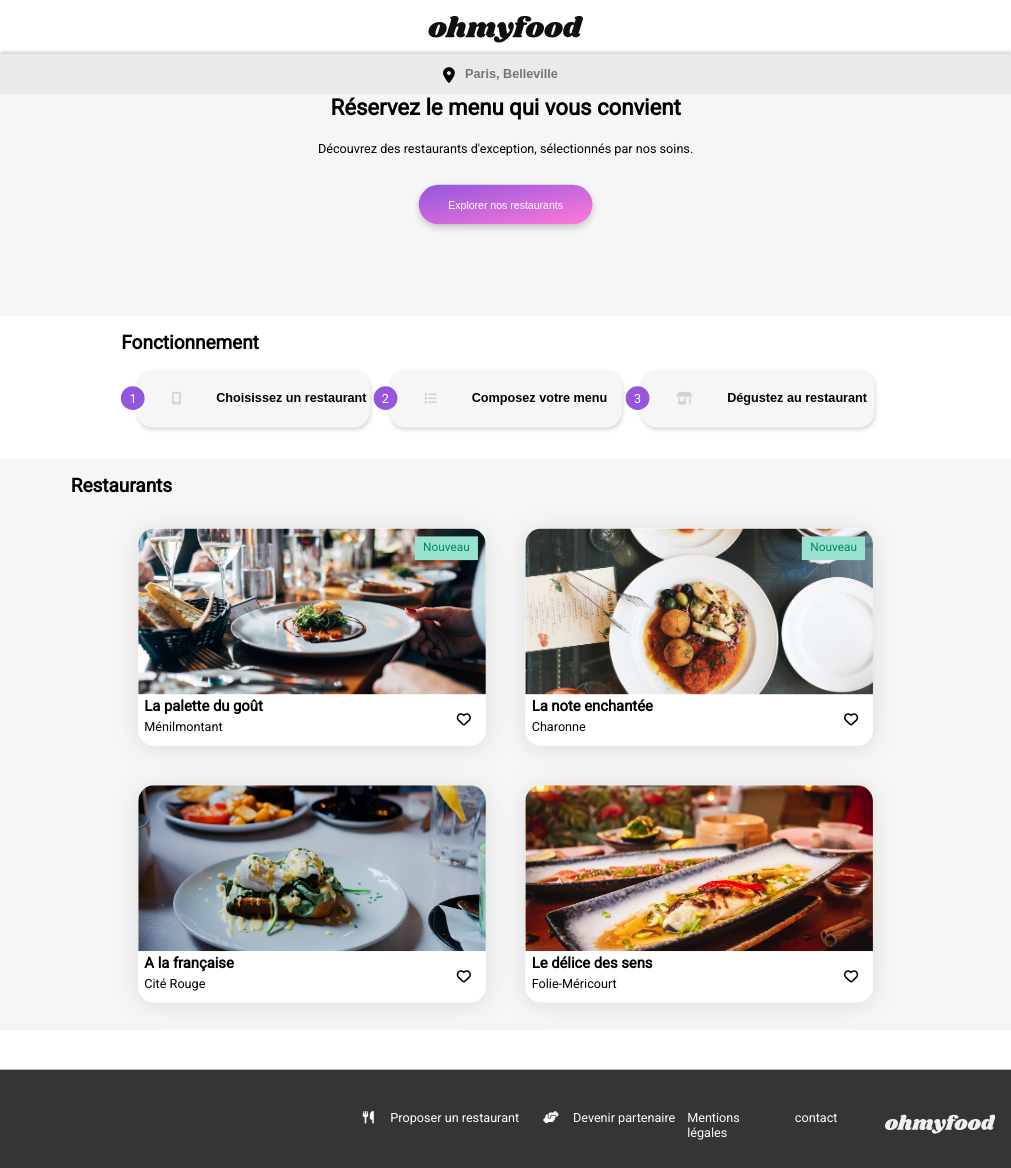
Repository: ByteVoyageur/OC-P4
Page: index.html
The author's editor kept a copy of each file at every save. The page is drawn from the files as they stood at one save, then again after the next save.
The browser window is 1280 px wide. The pictures show the whole page, at 79% of full size.
Some web fonts or font styles are not loaded; a fallback is used. The style sheet was rebuilt from its Sass, Less or Tailwind sources for each picture, by a compiler version that may differ from the author's.

Above is the page before, as saved 2023-09-28 15:03:13.

### index.html
<!DOCTYPE html>
<html lang="fr">

<head>
    <meta charset="UTF-8">
    <meta name="viewport" content="width=device-width, initial-scale=1.0">
    <title>Ohmyfood</title>
    <link rel="stylesheet" href="https://cdnjs.cloudflare.com/ajax/libs/font-awesome/6.2.1/css/all.min.css">
    <link rel="preconnect" href="https://fonts.googleapis.com">
    <link rel="preconnect" href="https://fonts.gstatic.com" crossorigin>
    <link href='https://fonts.googleapis.com/css?family=Roboto' rel='stylesheet'>
    <link href="https://fonts.googleapis.com/css2?family=Shrikhand&display=swap" rel="stylesheet">
    <link href="https://fonts.googleapis.com/css2?family=Bebas+Neue&display=swap" rel="stylesheet">
    <link rel="stylesheet" href="assets/css/style.css">
</head>

<body>
    <div class="promo-bouncer-animation">
        <div class="bouncer">
            <div></div>
            <div></div>
            <div></div>
        </div>
        <div class="promo-text">
            Profitez de <span class="highlight">50%</span> de réduction sur votre première commande !
        </div>
    </div>
    <div class="main-container">
        <header>
            <div class="logo">
                <img src="assets/images/logo/ohmyfood@2x.svg" alt="logo">
            </div>
            <form action="#" class="search-form">
                <i class="fa-solid fa-location-dot location-icon fa-lg"></i>
                <input type="text" name="search" placeholder="Paris, Belleville" class="search-input">
            </form>
        </header>
        <main>
            <section class="restaurants-intro">
                <h1>Réservez le menu qui vous convient</h1>
                <p>Découvrez des restaurants d'exception, sélectionnés par nos soins.</p>
                <button class="btn-exploration">Explorer nos restaurants</button>
            </section>

            <div class="fonctionnement">
                <h2>Fonctionnement</h2>
                <div class="steps-container">
                    <div class="step">
                        <span>1</span>
                        <button>
                            <i class="fa-solid fa-mobile-screen"></i>
                            <span>Choisissez un restaurant</span>
                        </button>
                    </div>
                    <div class="step">
                        <span>2</span>
                        <button>
                            <i class="fa-solid fa-list"></i>
                            <span>Composez votre menu</span>
                        </button>
                    </div>
                    <div class="step">
                        <span>3</span>
                        <button>
                            <i class="fa-solid fa-shop"></i>
                            <span>Dégustez au restaurant</span>
                        </button>
                    </div>
                </div>
            </div>

            <section class="restaurants-list">
                <h2>Restaurants</h2>
                <div class="restaurants-cards">
                    <a href="restaurants/laPaletteDuGout.html">
                        <article class="card">
                            <div class="card-image">
                                <img src="assets/images/restaurants/jay-wennington-N_Y88TWmGwA-unsplash.jpg"
                                    alt="restaurant">
                                <span class="card-tag">Nouveau</span>
                            </div>
                            <div class="card-content">
                                <div class="card-txt">
                                    <h3>La palette du goût</h3>
                                    <p>Ménilmontant</p>
                                </div>
                                <div class="card-rating">
                                    <i class="fa-solid fa-heart"></i>
                                </div>
                            </div>
                        </article>
                    </a>
                    <a href="restaurants/laNoteEnchantee.html">
                        <article class="card">
                            <div class="card-image">
                                <img src="assets/images/restaurants/stil-u2Lp8tXIcjw-unsplash.jpg" alt="restaurant">
                                <span class="card-tag">Nouveau</span>
                            </div>
                            <div class="card-content">
                                <div class="card-txt">
                                    <h3>La note enchantée</h3>
                                    <p>Charonne</p>
                                </div>
                                <div class="card-rating">
                                    <i class="fa-solid fa-heart"></i>
                                </div>
                            </div>
                        </article>
                    </a>
                    <a href="restaurants/aLaFrancaise.html">
                        <article class="card">
                            <div class="card-image">
                                <img src="assets/images/restaurants/toa-heftiba-DQKerTsQwi0-unsplash.jpg"
                                    alt="restaurant">
                            </div>
                            <div class="card-content">
                                <div class="card-txt">
                                    <h3>A la française</h3>
                                    <p>Cité Rouge</p>
                                </div>
                                <div class="card-rating">
                                    <i class="fa-solid fa-heart"></i>
                                </div>
                            </div>
                        </article>
                    </a>
                    <a href="restaurants/leDeliceDesSens.html">
                        <article class="card">
                            <div class="card-image">
                                <img src="assets/images/restaurants/louis-hansel-shotsoflouis-qNBGVyOCY8Q-unsplash.jpg"
                                    alt="restaurant">
                            </div>
                            <div class="card-content">
                                <div class="card-txt">
                                    <h3>Le délice des sens</h3>
                                    <p>Folie-Méricourt</p>
                                </div>
                                <div class="card-rating">
                                    <i class="fa-solid fa-heart"></i>
                                </div>
                            </div>
                        </article>
                    </a>
                </div>
            </section>
        </main>
        <footer>
            <div class="footer-logo">
                <img src="assets/images/logo/ohmyfood@2x.svg" alt="logo">
            </div>
            <div class=" footer-social">
                <ul>
                    <li class="proposer-un-restaurant">
                        <i class="fa-solid fa-utensils"></i>
                        <a href="#">Proposer un restaurant</a>
                    </li>
                    <li class="devenir-partenaire">
                        <i class="fa-solid fa-handshake-angle"></i>
                        <a href="#">Devenir partenaire</a>
                    </li>
                    <li><a href="#">Mentions légales</a></li>
                    <li><a href="mailto:example@example.com">contact</a></li>
                </ul>
            </div>
        </footer>
    </div>

</body>

</html>

### sass/style.scss
@import 'color';
@import 'body';
@import 'header';
@import 'footer';
@import 'animation-loading';
@import 'heart-hover-effect';
@import 'mixin';

.btn-exploration {
  @include btn-exploration-style;
  background: linear-gradient(
    175deg,
    $color-Primaire 0%,
    $color-Secondaire 100%
  );
  box-shadow: 0px 4px 10px 0px rgba(0, 0, 0, 0.2);

  &:hover {
    box-shadow: 0px 4px 20px 0px rgba(0, 0, 0, 0.2);
    transform: scale(1.05);
  }
}

.btn-exploration {
  @include btn-exploration-style;
  background: linear-gradient(
    to bottom right,
    $color-Primaire,
    $color-Secondaire
  );

  &:hover {
    background: linear-gradient(
      to bottom right,
      $color-Primaire,
      $color-Secondaire 80%
    );
    box-shadow: 0px 10px 20px rgba(0, 0, 0, 0.2);
    transform: scale(1.05);
  }
}

.restaurants-list {
  display: flex;
  background-color: $color-background;
  width: 100%;
  flex-direction: column;
  gap: 20px;
  margin-bottom: 50px;
  padding: 0 7%;
}

.restaurants-intro {
  background-color: $color-background;
  width: 100%;
  height: 350px;
  display: flex;
  flex-direction: column;
  align-items: center;
  color: black;

  h1 {
    width: 70%;
    font-size: 1.75em;
    font-weight: bold;
    margin-bottom: 10px;
    text-align: center;
    margin-top: 0;
  }

  p {
    width: 70%;
    font-size: 1.2em;
    text-align: center;
  }
}

.fonctionnement {
  width: 100%;
  display: flex;
  flex-direction: column;
  h2 {
    margin-left: 6%;
  }

  .steps-container {
    display: flex;
    flex-direction: column;
    align-items: center;
    width: 100%;
    gap: 25px;
    margin-bottom: 50px;

    .step {
      display: flex;
      flex-direction: row;
      align-items: center;
      justify-content: center;
      width: 85%;
      position: relative;

      span:nth-child(1) {
        background-color: $color-Primaire;
        border-radius: 50%;
        color: white;
        width: 30px;
        height: 30px;
        display: flex;
        align-items: center;
        justify-content: center;
        position: absolute;
        left: -20px;
        z-index: 2;
      }
    }

    button {
      width: 100%;
      background-color: #f6f6f6;
      font-weight: bold;
      font-size: 1em;
      border-radius: 20px;
      height: 73px;
      display: flex;
      align-items: center;
      justify-content: flex-start;
      box-shadow: 1px 3px 6px rgba(0, 0, 0, 0.16);
      gap: 15%;
      padding: 0;
      border: none;
      cursor: pointer;
      position: relative;
      z-index: 1;

      &:hover i {
        color: $color-Primaire;
      }

      i {
        color: #d2d2d2;
        padding-left: 15%;
      }

      span {
        text-align: center;
      }
    }
  }
}

.restaurants-cards {
  width: 100%;
  display: flex;
  flex-direction: column;
  flex-wrap: wrap;
  justify-content: center;
  gap: 20px;
}

a {
  color: black;
  text-decoration: none;
  width: 90%;
  height: auto;
  display: flex;
  flex-direction: column;

  .card {
    @include card-style;

    img {
      width: 100%;
      height: 210px;
      object-fit: cover;
      border-top-left-radius: 20px;
      border-top-right-radius: 20px;
      position: relative;
    }

    span {
      position: absolute;
      width: 80px;
      height: 30px;
      top: 10px;
      right: 10px;
      background-color: $color-Tertiaire;
      color: #008766;
      font-size: 15px;
      padding: 5px;
      text-align: center;
    }

    .card-content {
      display: flex;
      flex-direction: row;
      justify-content: space-between;

      .card-rating {
        margin-right: 10px;
        margin-top: 10px;
      }

      .card-txt {
        display: flex;
        flex-direction: column;
        gap: 5px;
        margin-left: 8px;
        margin-bottom: 15px;

        h3 {
          margin: 0;
        }

        p {
          margin: 0;
        }
      }
    }
  }
}

@media (min-width: 1024px) {
  .restaurants-intro {
    height: 280px;

    p {
      font-size: medium;
    }

    .btn-exploration {
      width: 220px;
    }
  }

  .fonctionnement {
    flex-direction: column;
    justify-content: center;

    h2 {
      margin-left: 12%;
    }

    .steps-container {
      display: flex;
      flex-direction: row;
      justify-content: center;
      margin-bottom: 40px;

      .step {
        flex-direction: row;
        width: 23%;
      }
    }
  }

  .restaurants-list {
    .restaurants-cards {
      flex-direction: row;
      gap: 50px;
      margin-bottom: 35px;

      a {
        width: 40%;
      }
    }
  }
}

### sass/color.scss
$color-Primaire: #9356dc;
$color-Secondaire: #ff79da;
$color-Tertiaire: #99e2d0;
$color-background: #f6f6f6;

### sass/body.scss
* {
  box-sizing: border-box;
}
html,
body {
  margin: 0;
  padding: 0;
  background-color: #ffffff;
  font-family: 'Roboto', sans-serif;
}

body {
  .main-container {
    margin: 0;
    padding: 0;
    display: flex;
    flex-direction: column;
    align-items: center;
    justify-content: center;

    main {
      display: flex;
      flex-direction: column;
      align-items: center;
      justify-content: center;
      width: 100%;
    }
  }
}

### sass/header.scss
header {
  width: 100%;
  height: 120px;
  background-color: white;
  display: flex;
  flex-direction: column;
  justify-content: center;
  align-items: center;
  .logo {
    margin-top: 20px;
    margin-bottom: 10px;
  }
  .search-form {
    width: 100%;
    height: 60px;
    background-color: #eaeaea;
    display: flex;
    justify-content: center;
    align-items: center;
    box-shadow: 0px -2px 4px rgba(0, 0, 0, 0.2);
    .location-icon {
      margin-right: 10px;
    }

    .search-input {
      font-size: 1em;
      font-weight: bold;
      border: none;
      background-color: transparent;
      width: auto;
      max-width: 15ch;
      border: 1px solid transparent;
      &:focus {
        outline: none;
        border: none;
      }
    }
  }
}

### sass/footer.scss
footer {
  width: 100%;
  background-color: #353535;
  display: flex;
  flex-direction: column;
  justify-content: flex-start;
  align-items: flex-start;
  padding: 20px;

  i {
    color: white;
  }

  .footer-social {
    display: flex;
    flex-direction: column;
    align-items: flex-start;
    gap: 15px;
    margin-top: 5px;

    ul {
      list-style-type: none;
      padding: 0;
      li {
        display: flex;
        flex-direction: row;
        gap: 20px;
        align-items: baseline;

        .fa-solid,
        .fas {
          width: 18px;
        }
        .my-custom-icon {
          font-size: 16px;
        }
      }
      gap: 5px;
    }

    a {
      color: white;
      text-decoration: none;
      font-size: 1em;
      margin-top: 10px;
      &:hover {
        text-decoration: underline;
      }
    }
  }
}
.footer-logo img {
  filter: invert(1);
}

@media (min-width: 1024px) {
  footer {
    flex-direction: row-reverse;
    align-items: center;
    gap: 50px;
    img {
      margin-top: 18px;
      width: 140px;
      height: 30px;
    }
    ul {
      display: flex;
      flex-direction: row;
      li {
        gap: 10px;
        a {
          margin-right: 10px;
        }
      }

      .fa-solid {
        margin-left: 12px;
      }
    }
  }
}

### sass/animation-loading.scss
@import 'color';
@import 'mixin';

.promo-bouncer-animation {
  position: fixed;
  top: 0;
  left: 0;
  width: 100%;
  height: 100%;
  background-color: $color-Primaire;
  animation: fadeOut 3.5s cubic-bezier(0.5, 0, 0.5, 0.2) forwards;
  z-index: 10;
  pointer-events: none;
}

.promo-text {
  font-family: 'Bebas Neue', sans-serif;
  font-size: 3em;
  text-shadow: 4px 4px 8px rgba(0, 0, 0, 0.6);
  color: white;
  position: absolute;
  top: 40%;
  left: 50%;
  transform: translate(-50%, -50%);
  z-index: 11;
}

.promo-text .highlight {
  font-size: 2em;
}

.content {
  opacity: 0;
  transition: opacity 1s;
  position: relative;
}

@keyframes fadeOut {
  0% {
    opacity: 1;
  }
  100% {
    opacity: 0;
    height: 100%;
    width: 100%;
  }
}

@keyframes highlightPulse {
  0%,
  100% {
    font-size: 2em;
  }
  50% {
    font-size: 2.5em;
  }
}

.promo-text .highlight {
  font-size: 2em;
  display: inline-block;
  animation: highlightPulse 2s;
}

@keyframes bounce {
  0%,
  20%,
  50%,
  80%,
  100% {
    transform: translateY(0);
  }
  40% {
    transform: translateY(-150%);
  }
  60% {
    transform: translateY(-75%);
  }
}

.bouncer {
  display: flex;
  justify-content: space-between;
  position: absolute;
  top: 20%;
  left: 50%;
  transform: translateX(-50%);
  width: 100px;
  margin: 0 auto;
}

.bouncer div {
  width: 20px;
  height: 20px;
  background-color: #ece2e2;
  border-radius: 100%;
  animation: bounce 1.5s infinite ease-in-out;
}

.bouncer div:nth-child(2) {
  animation-delay: -0.4s;
}

.bouncer div:nth-child(3) {
  animation-delay: -0.8s;
}

### sass/mixin.scss
@mixin btn-exploration-style {
  border-radius: 40px;
  color: white;
  height: 50px;
  width: 58%;
  border: none;
  margin-top: 20px;
  transition: all 0.3s ease-in-out;
}

@mixin flex-center {
  display: flex;
  justify-content: center;
  align-items: center;
}

@mixin card-style {
  width: 100%;
  display: flex;
  flex-direction: column;
  background-color: white;
  border-radius: 20px;
  filter: drop-shadow(0px 3px 15px rgba(0, 0, 0, 0.1));
  transition: all 0.2s;
}

@mixin ellipsis {
  overflow: hidden;
  text-overflow: ellipsis;
  white-space: nowrap;
}

### sass/heart-hover-effect.scss
@import 'color';

.fa-heart {
  color: transparent;
  -webkit-text-stroke: 2px black;
  padding: 10px;
}

.fa-heart:hover {
  -webkit-text-stroke: 0 black;
  animation: display-coeur 2s ease forwards;
}

@keyframes display-coeur {
  0% {
    transform: scale(0.7);
    color: transparent;
  }

  50% {
    transform: scale(1.5);
    -webkit-background-clip: text;
    background-image: linear-gradient(
      to bottom right,
      $color-Primaire,
      $color-Secondaire
    );
  }
  100% {
    transform: scale(1);
    -webkit-background-clip: text;
    background-image: linear-gradient(
      to bottom right,
      $color-Primaire,
      $color-Secondaire
    );
  }
}

After the next save:
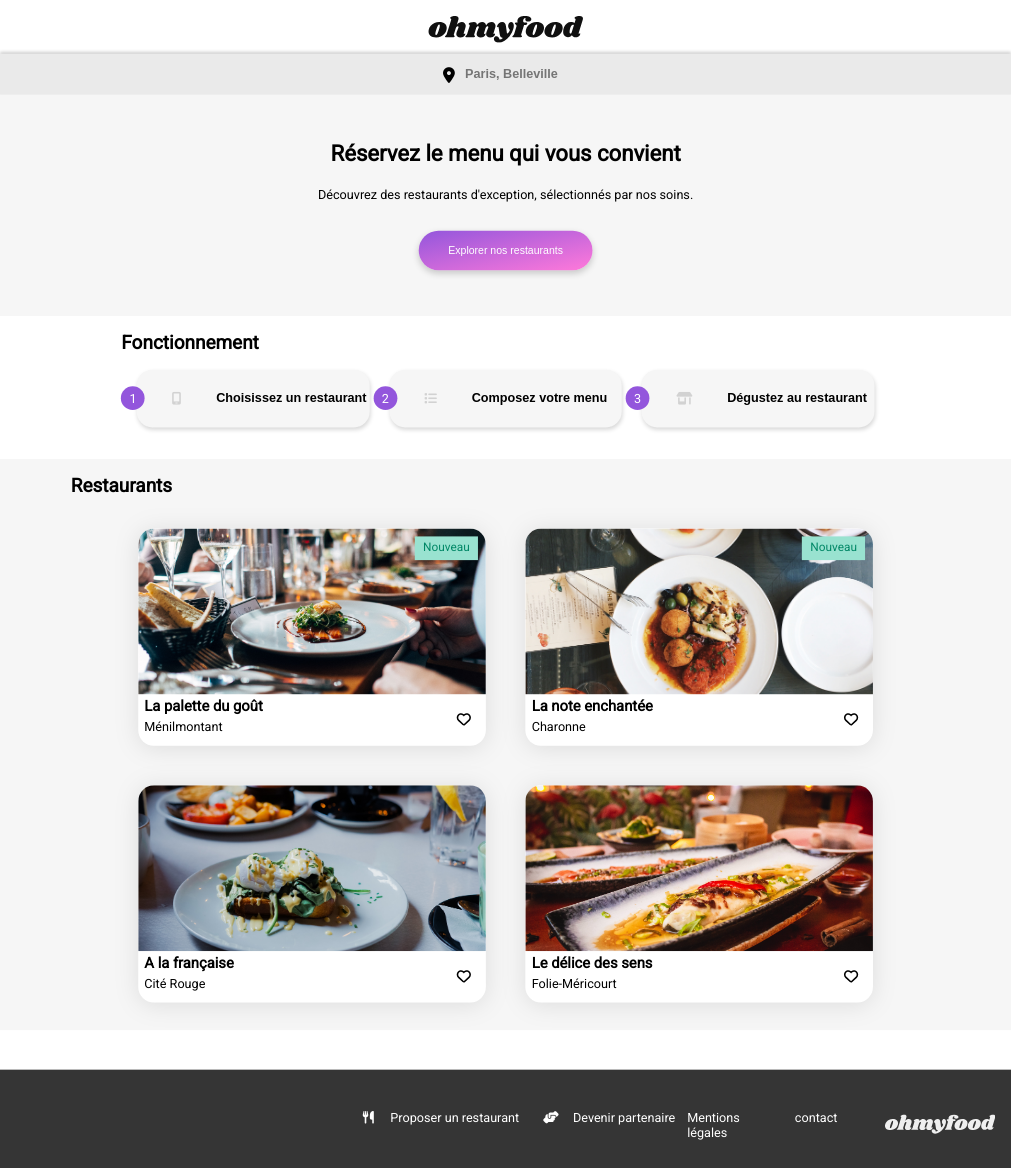
Saved 118 s later.
--- a/sass/style.scss
+++ b/sass/style.scss
@@ -53,10 +53,10 @@
 .restaurants-intro {
   background-color: $color-background;
   width: 100%;
-  height: 350px;
   display: flex;
   flex-direction: column;
   align-items: center;
+  justify-content: center;
   color: black;
 
   h1 {
